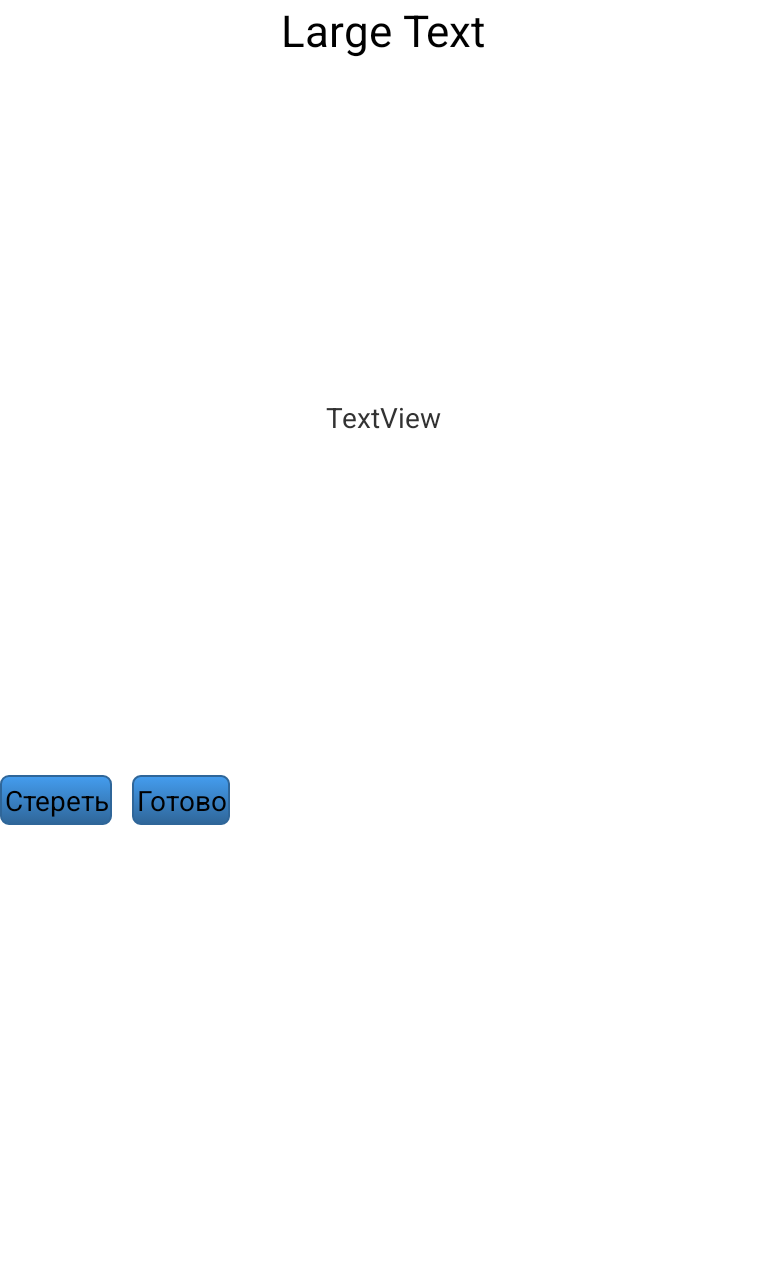
Repository: pcombi/android_dev
Layout: EnglishGrammar/res/layout/tests.xml
These files come from the project's save history. The layout is drawn as it stood at one moment and after the next save; the edit follows.
It is drawn on a 768 x 1280 px phone screen (xhdpi) without system bars, with theme AppTheme; the app's code is not run.

Above is the layout before, as saved 2012-12-29 14:13:34.

### EnglishGrammar/res/layout/tests.xml
<?xml version="1.0" encoding="utf-8"?>
<LinearLayout xmlns:android="http://schemas.android.com/apk/res/android"
    android:layout_width="match_parent"
    android:layout_height="match_parent"
    android:orientation="vertical"
    android:weightSum="100">

    <TextView
        android:id="@+id/tvQuestion"
        android:layout_width="wrap_content"
        android:layout_height="wrap_content"
        android:layout_gravity="center"
        android:text="Large Text"
        android:layout_weight="30"
        android:textAppearance="?android:attr/textAppearanceLarge" />

    <TextView
        android:id="@+id/tvAnswer"
        android:layout_weight="20"
        android:layout_width="wrap_content"
        android:layout_height="wrap_content"
        android:layout_gravity="center"
        android:text="TextView" />

    <LinearLayout
        android:id="@+id/lAnswers"
        android:layout_width="match_parent"
        android:layout_height="wrap_content"
        android:layout_weight="10"
        android:orientation="vertical" >

        <LinearLayout
            android:id="@+id/lhorAnswers"
            android:layout_width="match_parent"
            android:layout_height="wrap_content"
            android:orientation="horizontal" >
        </LinearLayout>
    </LinearLayout>

    <LinearLayout
        android:id="@+id/llButtons"
        android:layout_width="fill_parent"
        android:layout_height="wrap_content"
        android:orientation="horizontal"
        android:layout_weight="10">

        <Button
            android:id="@+id/bErase"
            style="?android:attr/buttonStyleSmall"
            android:layout_width="wrap_content"
            android:background="@drawable/btn_blue"
            android:layout_marginRight="10dp"
            android:layout_height="25dp"
            android:layout_gravity="left"
            android:text="@string/erase" />

        <Button
            android:id="@+id/button1"
            style="?android:attr/buttonStyleSmall"
            android:layout_width="wrap_content"
            android:layout_height="25dp"
            android:layout_gravity="right"
            android:background="@drawable/btn_blue"
            android:text="@string/done" />
    </LinearLayout>

    <LinearLayout
        android:id="@+id/buttonOptions1"
        android:layout_width="wrap_content"
        android:layout_height="wrap_content"
        android:orientation="vertical"
        android:layout_weight="10">
    </LinearLayout>

    <LinearLayout
        android:id="@+id/buttonOptions2"
        android:layout_width="wrap_content"
        android:layout_height="wrap_content"
        android:orientation="vertical"
        android:layout_weight="10">
    </LinearLayout>

    <LinearLayout
        android:id="@+id/buttonOptions3"
        android:layout_width="wrap_content"
        android:layout_height="wrap_content"
        android:orientation="vertical"
        android:layout_weight="10">
    </LinearLayout>

    <LinearLayout
        android:id="@+id/buttonOptions4"
        android:layout_width="wrap_content"
        android:layout_height="wrap_content"
        android:orientation="vertical"
        android:layout_weight="10">
    </LinearLayout>

</LinearLayout>

### EnglishGrammar/res/drawable/btn_blue.xml
<?xml version="1.0" encoding="utf-8"?>
<selector xmlns:android="http://schemas.android.com/apk/res/android">
    <item android:state_pressed="true" >
        <shape>
            <solid
                android:color="#449def" />
            <stroke
                android:width="1dp"
                android:color="#2f6699" />
            <corners
                android:radius="4dp" />
            <padding
                android:left="2dp"
                android:top="2dp"
                android:right="2dp"
                android:bottom="2dp" />
        </shape>
    </item>
    <item>
        <shape>
            <gradient
                android:startColor="#449def"
                android:endColor="#2f6699"
                android:angle="270" />
            <stroke
                android:width="1dp"
                android:color="#2f6699" />

            <corners
                android:radius="4dp" />
            <padding
                android:left="2dp"
                android:top="2dp"
                android:right="2dp"
                android:bottom="2dp" />
        </shape>
    </item>
</selector>

### EnglishGrammar/res/values/strings.xml
<resources>

    <string name="app_name">EnglishGrammar</string>
    <string name="lessons">Теория</string>
    <string name="tests">Тесты</string>
    <string name="exit">Выход</string>
    <string name="erase">Стереть</string>
    <string name="done">Готово</string>
    <style name="ButtonText">
	    <item name="android:layout_width">fill_parent</item>
	    <item name="android:layout_height">wrap_content</item>
	    <item name="android:textColor">#ffffff</item>
	    <item name="android:gravity">center</item>
	    <item name="android:layout_margin">1dp</item>
	    <item name="android:textSize">17dp</item>
	    <item name="android:textStyle">bold</item>
	    <item name="android:shadowColor">#000000</item>
	    <item name="android:shadowDx">1</item>
	    <item name="android:shadowDy">1</item>
	    <item name="android:shadowRadius">2</item>
	</style>

</resources>

Loaded but not shown: EnglishGrammar/res/values/styles.xml (common file); EnglishGrammar/res/values-v11/styles.xml (common file); EnglishGrammar/res/values-v14/styles.xml (common file)

After the next save:
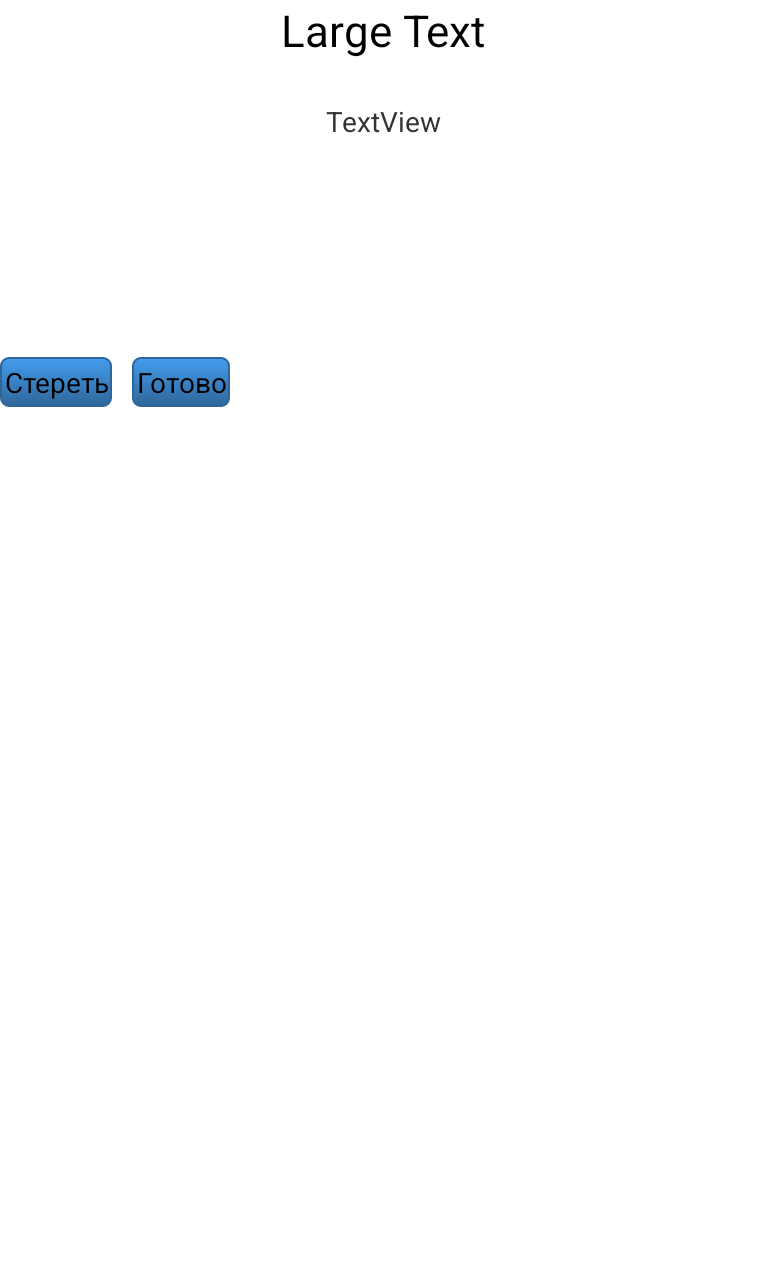
Saved 82 s later.
--- a/EnglishGrammar/res/layout/tests.xml
+++ b/EnglishGrammar/res/layout/tests.xml
@@ -3,7 +3,7 @@
     android:layout_width="match_parent"
     android:layout_height="match_parent"
     android:orientation="vertical"
-    android:weightSum="100">
+    android:weightSum="130">
 
     <TextView
         android:id="@+id/tvQuestion"
@@ -11,12 +11,12 @@
         android:layout_height="wrap_content"
         android:layout_gravity="center"
         android:text="Large Text"
-        android:layout_weight="30"
+        android:layout_weight="5"
         android:textAppearance="?android:attr/textAppearanceLarge" />
 
     <TextView
         android:id="@+id/tvAnswer"
-        android:layout_weight="20"
+        android:layout_weight="5"
         android:layout_width="wrap_content"
         android:layout_height="wrap_content"
         android:layout_gravity="center"
@@ -26,7 +26,7 @@
         android:id="@+id/lAnswers"
         android:layout_width="match_parent"
         android:layout_height="wrap_content"
-        android:layout_weight="10"
+        android:layout_weight="20"
         android:orientation="vertical" >
 
         <LinearLayout
@@ -42,7 +42,7 @@
         android:layout_width="fill_parent"
         android:layout_height="wrap_content"
         android:orientation="horizontal"
-        android:layout_weight="10">
+        android:layout_weight="20">
 
         <Button
             android:id="@+id/bErase"
@@ -69,7 +69,7 @@
         android:layout_width="wrap_content"
         android:layout_height="wrap_content"
         android:orientation="vertical"
-        android:layout_weight="10">
+        android:layout_weight="20">
     </LinearLayout>
 
     <LinearLayout
@@ -77,7 +77,7 @@
         android:layout_width="wrap_content"
         android:layout_height="wrap_content"
         android:orientation="vertical"
-        android:layout_weight="10">
+        android:layout_weight="20">
     </LinearLayout>
 
     <LinearLayout
@@ -85,7 +85,7 @@
         android:layout_width="wrap_content"
         android:layout_height="wrap_content"
         android:orientation="vertical"
-        android:layout_weight="10">
+        android:layout_weight="20">
     </LinearLayout>
 
     <LinearLayout
@@ -93,7 +93,7 @@
         android:layout_width="wrap_content"
         android:layout_height="wrap_content"
         android:orientation="vertical"
-        android:layout_weight="10">
+        android:layout_weight="20">
     </LinearLayout>
 
 </LinearLayout>
